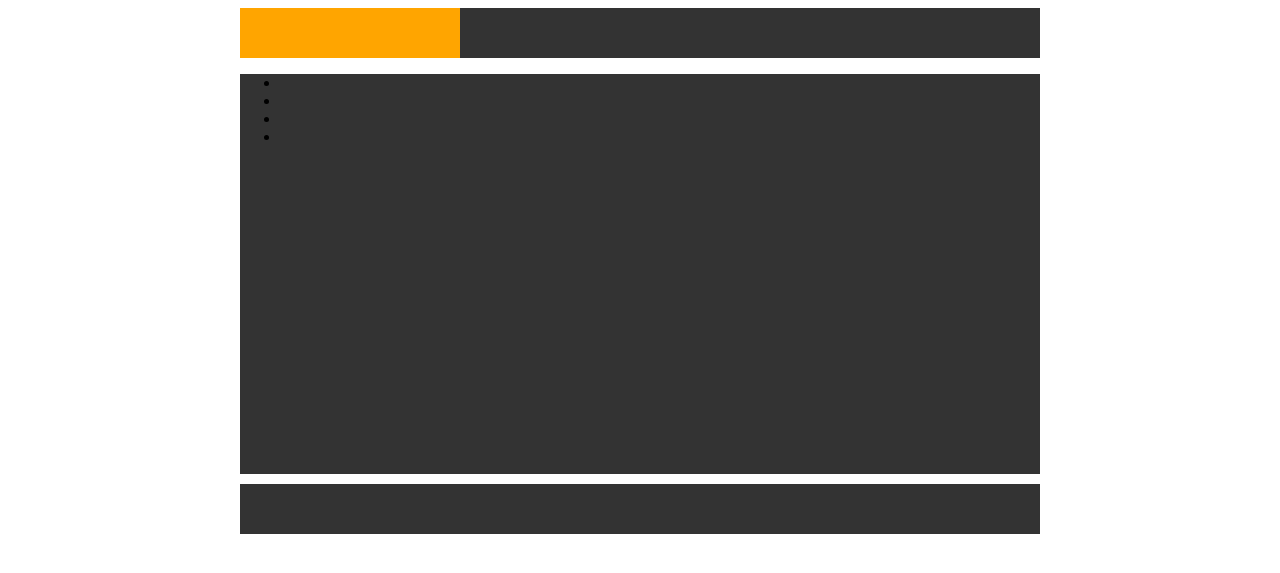
Repository: Tdaine/node
Page: css/code/floatWebLayout.html
An editor plug-in stored every save of this project. The page is shown before and after the next save, followed by the edit.
The browser window is 1280 px wide. The pictures show the whole page.

Above is the page before, as saved 2021-04-28 15:30:20.

After the next save:
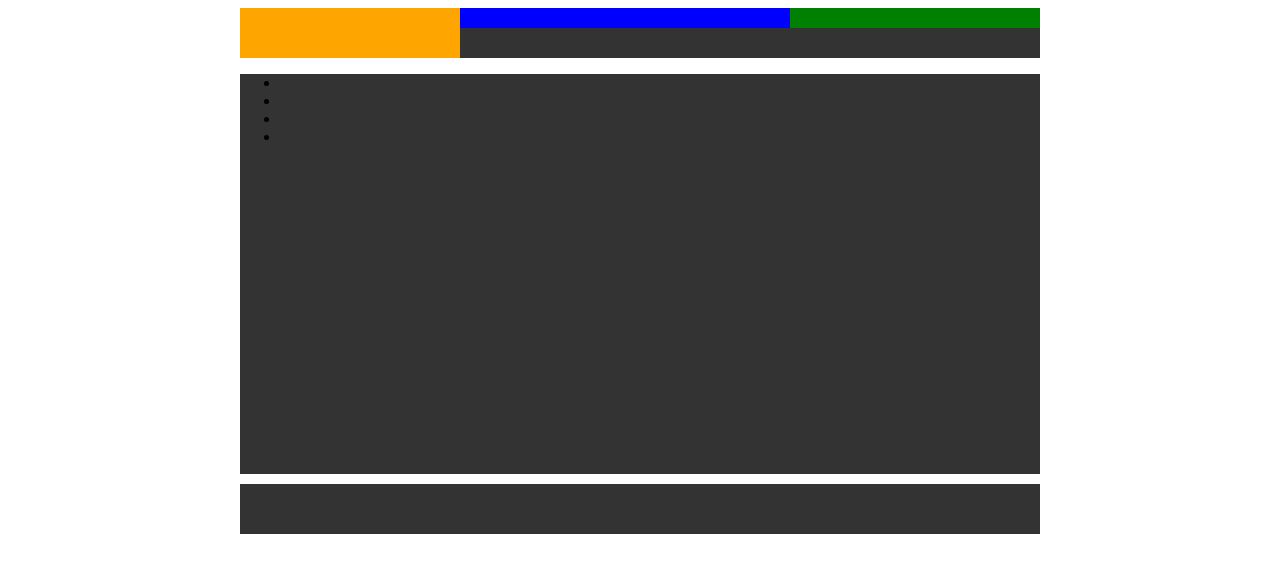
Saved 5 min 20 s later.
--- a/css/code/floatWebLayout.html
+++ b/css/code/floatWebLayout.html
@@ -30,12 +30,25 @@
       float: left;
       background-color: orange;
     }
+    header .login{
+      width: 250px;
+      height: 20px;
+      float: right;
+      background-color: green;
+    }
+    nav{
+      width: 330px;
+      height: 20px;
+      float: right;
+      background-color: blue;
+    }
   </style>
 </head>
 <body>
   <header>
     <div class="logo"></div>
     <div class="login"></div>
+    <nav></nav>
   </header>
   <section class="content">
     <aside class="ad"></aside>
